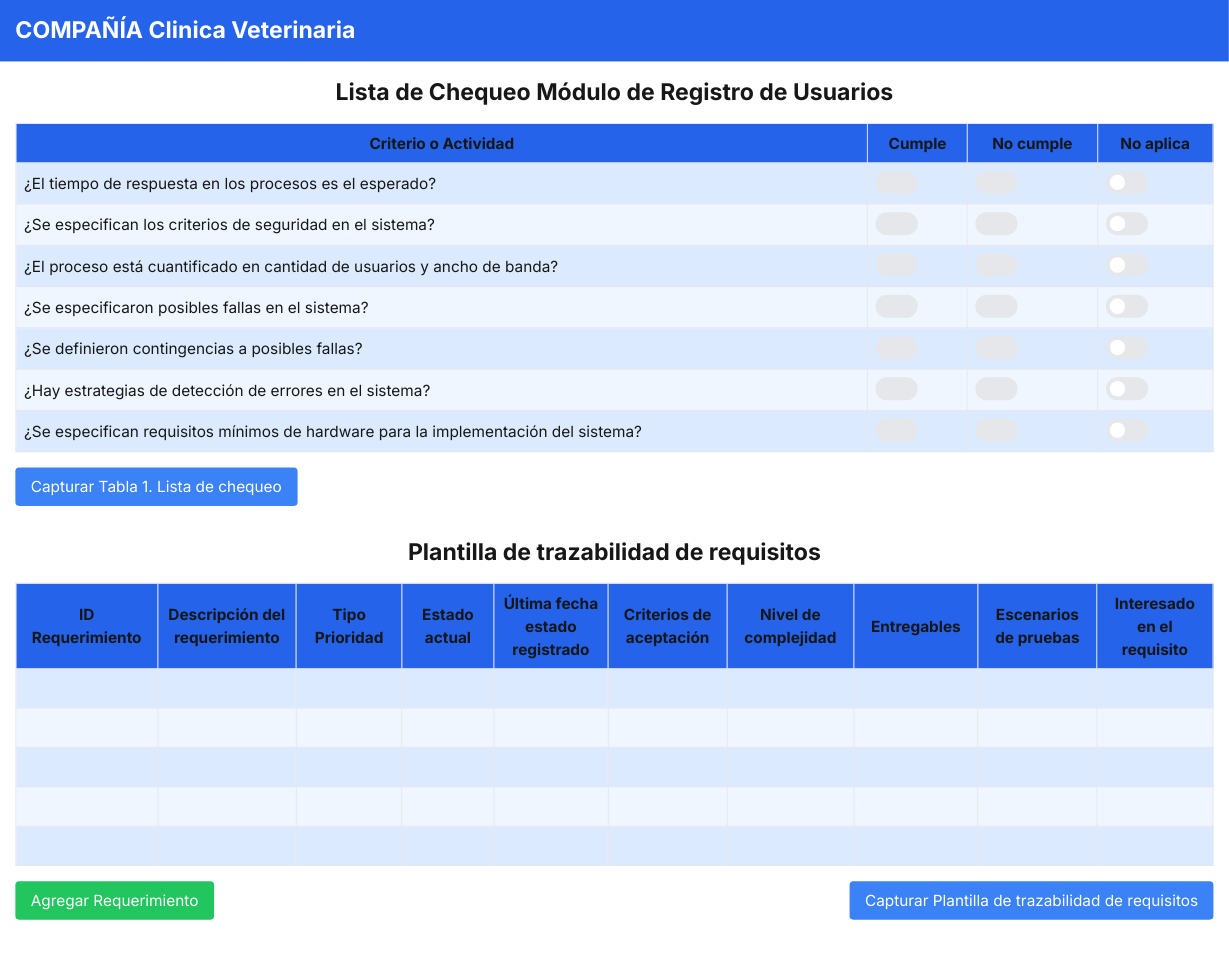
Repository: CiroAlfa/lista-de-Chequeo
Page: /
These files come from the project's save history. The page is drawn as it stood at one moment and after the next save; the edit follows.
The browser window is 1280 px wide. The pictures show the whole page, at 96% of full size.
The project was rebuilt for these pictures with package versions that can differ from the ones it lists, and the page was loaded fresh each time. The framework's server and built-in components were replaced by stand-ins that run in the browser. Also part of the build but not shown: next.config.mjs.

Above is the page before, as saved 2024-09-27 13:02:25.

### src/app/layout.tsx
import './globals.css'
import type { Metadata } from 'next'
import { Inter } from 'next/font/google'

const inter = Inter({ subsets: ['latin'] })

export const metadata: Metadata = {
  title: 'Checklist App - Clinica Veterinaria',
  description: 'Aplicación de chequeo y trazabilidad de requisitos',
}

export default function RootLayout({
  children,
}: {
  children: React.ReactNode
}) {
  return (
    <html lang="es">
      <body className={inter.className}>
        <header className="bg-blue-600 text-white p-4">
          <h1 className="text-2xl font-bold">COMPAÑÍA Clinica Veterinaria</h1>
        </header>
        {children}
      </body>
    </html>
  )
}

### src/app/page.tsx
'use client'

import { useState } from 'react'
import { Switch } from '@headlessui/react'
import html2canvas from 'html2canvas'

interface ChecklistItem {
  id: number
  criteria: string
  cumple: boolean
  noCumple: boolean
  noAplica: boolean
}

interface RequirementItem {
  id: string
  description: string
  priority: string
  status: string
  lastUpdated: string
  acceptanceCriteria: string
  complexity: string
  deliverables: string
  testScenarios: string
  stakeholder: string
}

const initialChecklist: ChecklistItem[] = [
  { id: 1, criteria: '¿El tiempo de respuesta en los procesos es el esperado?', cumple: false, noCumple: false, noAplica: false },
  { id: 2, criteria: '¿Se especifican los criterios de seguridad en el sistema?', cumple: false, noCumple: false, noAplica: false },
  { id: 3, criteria: '¿El proceso está cuantificado en cantidad de usuarios y ancho de banda?', cumple: false, noCumple: false, noAplica: false },
  { id: 4, criteria: '¿Se especificaron posibles fallas en el sistema?', cumple: false, noCumple: false, noAplica: false },
  { id: 5, criteria: '¿Se definieron contingencias a posibles fallas?', cumple: false, noCumple: false, noAplica: false },
  { id: 6, criteria: '¿Hay estrategias de detección de errores en el sistema?', cumple: false, noCumple: false, noAplica: false },
  { id: 7, criteria: '¿Se especifican requisitos mínimos de hardware para la implementación del sistema?', cumple: false, noCumple: false, noAplica: false },
]

const initialRequirements: RequirementItem[] = Array(5).fill(null).map((_, index) => ({
  id: ``,
  description: '',
  priority: '',
  status: '',
  lastUpdated: '',
  acceptanceCriteria: '',
  complexity: '',
  deliverables: '',
  testScenarios: '',
  stakeholder: '',
}))

export default function Home() {
  const [checklist, setChecklist] = useState<ChecklistItem[]>(initialChecklist)
  const [requirements, setRequirements] = useState<RequirementItem[]>(initialRequirements)

  const handleChecklistChange = (id: number, field: 'cumple' | 'noCumple' | 'noAplica') => {
    setChecklist(checklist.map(item => {
      if (item.id === id) {
        const newItem = { ...item, [field]: !item[field] }
        if (newItem[field]) {
          newItem.cumple = field === 'cumple'
          newItem.noCumple = field === 'noCumple'
          newItem.noAplica = field === 'noAplica'
        }
        return newItem
      }
      return item
    }))
  }

  const handleRequirementChange = (id: string, field: keyof RequirementItem, value: string) => {
    setRequirements(requirements.map(item =>
      item.id === id ? { ...item, [field]: value } : item
    ))
  }

  const addRequirement = () => {
    const newId = `REQ00${requirements.length + 1}`
    setRequirements([...requirements, {
      id: newId,
      description: '',
      priority: '',
      status: '',
      lastUpdated: '',
      acceptanceCriteria: '',
      complexity: '',
      deliverables: '',
      testScenarios: '',
      stakeholder: '',
    }])
  }

  const captureScreenshot = async (elementId: string, fileName: string) => {
    const element = document.getElementById(elementId)
    if (element) {
      const canvas = await html2canvas(element)
      const image = canvas.toDataURL('image/png')
      const link = document.createElement('a')
      link.href = image
      link.download = fileName
      link.click()
    }
  }

  return (
    <main className="container mx-auto p-4">
      <div className="mb-8" id="checklist-table">
        <h2 className="text-2xl font-bold mb-4 text-center">Lista de Chequeo Módulo de Registro de Usuarios</h2>
        <table className="w-full border-collapse">
          <thead>
            <tr className="bg-blue-600 text-red">
              <th className="border p-2">Criterio o Actividad</th>
              <th className="border p-2">Cumple</th>
              <th className="border p-2">No cumple</th>
              <th className="border p-2">No aplica</th>
            </tr>
          </thead>
          <tbody>
            {checklist.map((item, index) => (
              <tr key={item.id} className={index % 2 === 0 ? 'bg-blue-100' : 'bg-blue-50'}>
                <td className="border p-2">{item.criteria}</td>
                <td className="border p-2">
                  <Switch
                    checked={item.cumple}
                    onChange={() => handleChecklistChange(item.id, 'cumple')}
                    className={`${item.cumple ? 'bg-blue-600' : 'bg-gray-200'} relative inline-flex h-6 w-11 items-center rounded-full`}
                  >
                    <span className={`${item.cumple ? 'translate-x-6' : 'translate-x-1'} inline-block h-4 w-4 transform rounded-full bg-red`} />
                  </Switch>
                </td>
                <td className="border p-2">
                  <Switch
                    checked={item.noCumple}
                    onChange={() => handleChecklistChange(item.id, 'noCumple')}
                    className={`${item.noCumple ? 'bg-blue-600' : 'bg-gray-200'} relative inline-flex h-6 w-11 items-center rounded-full`}
                  >
                    <span className={`${item.noCumple ? 'translate-x-6' : 'translate-x-1'} inline-block h-4 w-4 transform rounded-full bg-red transition`} />
                  </Switch>
                </td>
                <td className="border p-2">
                  <Switch
                    checked={item.noAplica}
                    onChange={() => handleChecklistChange(item.id, 'noAplica')}
                    className={`${item.noAplica ? 'bg-blue-600' : 'bg-gray-200'} relative inline-flex h-6 w-11 items-center rounded-full`}
                  >
                    <span className={`${item.noAplica ? 'translate-x-6' : 'translate-x-1'} inline-block h-4 w-4 transform rounded-full bg-white transition`} />
                  </Switch>
                </td>
              </tr>
            ))}
          </tbody>
        </table>
        <button
          onClick={() => captureScreenshot('checklist-table', 'lista-de-chequeo.png')}
          className="mt-4 bg-blue-500 text-white px-4 py-2 rounded hover:bg-blue-600 transition-colors"
        >
          Capturar Tabla 1. Lista de chequeo
        </button>
      </div>

      <div className="mb-8" id="requirements-table">
        <h2 className="text-2xl font-bold mb-4 text-center">Plantilla de trazabilidad de requisitos</h2>
        <table className="w-full border-collapse">
          <thead>
            <tr className="bg-blue-600 text-red">
              <th className="border p-2">ID Requerimiento</th>
              <th className="border p-2">Descripción del requerimiento</th>
              <th className="border p-2">Tipo Prioridad</th>
              <th className="border p-2">Estado actual</th>
              <th className="border p-2">Última fecha estado registrado</th>
              <th className="border p-2">Criterios de aceptación</th>
              <th className="border p-2">Nivel de complejidad</th>
              <th className="border p-2">Entregables</th>
              <th className="border p-2">Escenarios de pruebas</th>
              <th className="border p-2">Interesado en el requisito</th>
            </tr>
          </thead>
          <tbody>
            {requirements.map((item, index) => (
              <tr key={index} className={index % 2 === 0 ? 'bg-blue-100' : 'bg-blue-50'}>
                <td className="border p-2">
                  <input
                    type="text"
                    value={item.id}
                    onChange={(e) => handleRequirementChange(item.id, 'id', e.target.value)}
                    className="w-full bg-transparent"
                  />
                </td>
                <td className="border p-2">
                  <input
                    type="text"
                    value={item.description}
                    onChange={(e) => handleRequirementChange(item.id, 'description', e.target.value)}
                    className="w-full bg-transparent"
                  />
                </td>
                <td className="border p-2">
                  <input
                    type="text"
                    value={item.priority}
                    onChange={(e) => handleRequirementChange(item.id, 'priority', e.target.value)}
                    className="w-full bg-transparent"
                  />
                </td>
                <td className="border p-2">
                  <input
                    type="text"
                    value={item.status}
                    onChange={(e) => handleRequirementChange(item.id, 'status', e.target.value)}
                    className="w-full bg-transparent"
                  />
                </td>
                <td className="border p-2">
                  <input
                    type="text"
                    value={item.lastUpdated}
                    onChange={(e) => handleRequirementChange(item.id, 'lastUpdated', e.target.value)}
                    className="w-full bg-transparent"
                  />
                </td>
                <td className="border p-2">
                  <input
                    type="text"
                    value={item.acceptanceCriteria}
                    onChange={(e) => handleRequirementChange(item.id, 'acceptanceCriteria', e.target.value)}
                    className="w-full bg-transparent"
                  />
                </td>
                <td className="border p-2">
                  <input
                    type="text"
                    value={item.complexity}
                    onChange={(e) => handleRequirementChange(item.id, 'complexity', e.target.value)}
                    className="w-full bg-transparent"
                  />
                </td>
                <td className="border p-2">
                  <input
                    type="text"
                    value={item.deliverables}
                    onChange={(e) => handleRequirementChange(item.id, 'deliverables', e.target.value)}
                    className="w-full bg-transparent"
                  />
                </td>
                <td className="border p-2">
                  <input
                    type="text"
                    value={item.testScenarios}
                    onChange={(e) => handleRequirementChange(item.id, 'testScenarios', e.target.value)}
                    className="w-full bg-transparent"
                  />
                </td>
                <td className="border p-2">
                  <input
                    type="text"
                    value={item.stakeholder}
                    onChange={(e) => handleRequirementChange(item.id, 'stakeholder', e.target.value)}
                    className="w-full bg-transparent"
                  />
                </td>
              </tr>
            ))}
          </tbody>
        </table>
        <div className="mt-4 flex justify-between">
          <button
            onClick={addRequirement}
            className="bg-green-500 text-white px-4 py-2 rounded hover:bg-green-600 transition-colors"
          >
            Agregar Requerimiento
          </button>
          <button
            onClick={() => captureScreenshot('requirements-table', 'plantilla-trazabilidad-requisitos.png')}
            className="bg-blue-500 text-white px-4 py-2 rounded hover:bg-blue-600 transition-colors"
          >
            Capturar Plantilla de trazabilidad de requisitos
          </button>
        </div>
      </div>
    </main>
  )
}

Loaded but not shown: src/app/globals.css (common file); tailwind.config.ts (common file)

After the next save:
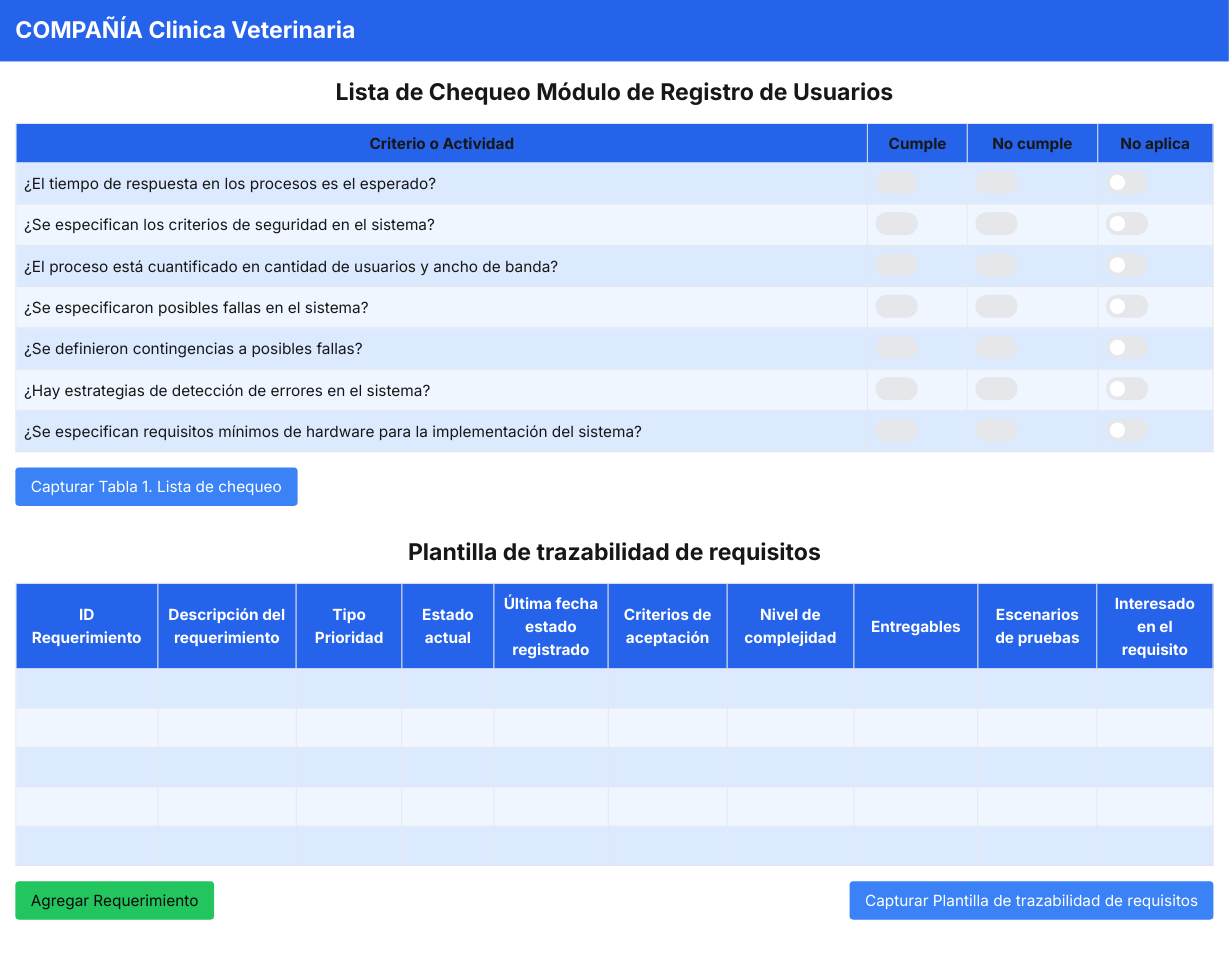
Saved 65 s later.
--- a/src/app/page.tsx
+++ b/src/app/page.tsx
@@ -161,7 +161,7 @@ export default function Home() {
         <h2 className="text-2xl font-bold mb-4 text-center">Plantilla de trazabilidad de requisitos</h2>
         <table className="w-full border-collapse">
           <thead>
-            <tr className="bg-blue-600 text-red">
+            <tr className="bg-blue-600 text-white">
               <th className="border p-2">ID Requerimiento</th>
               <th className="border p-2">Descripción del requerimiento</th>
               <th className="border p-2">Tipo Prioridad</th>
@@ -264,7 +264,7 @@ export default function Home() {
         <div className="mt-4 flex justify-between">
           <button
             onClick={addRequirement}
-            className="bg-green-500 text-white px-4 py-2 rounded hover:bg-green-600 transition-colors"
+            className="bg-green-500 text-zinc-950 px-4 py-2 rounded hover:bg-green-600 transition-colors"
           >
             Agregar Requerimiento
           </button>
